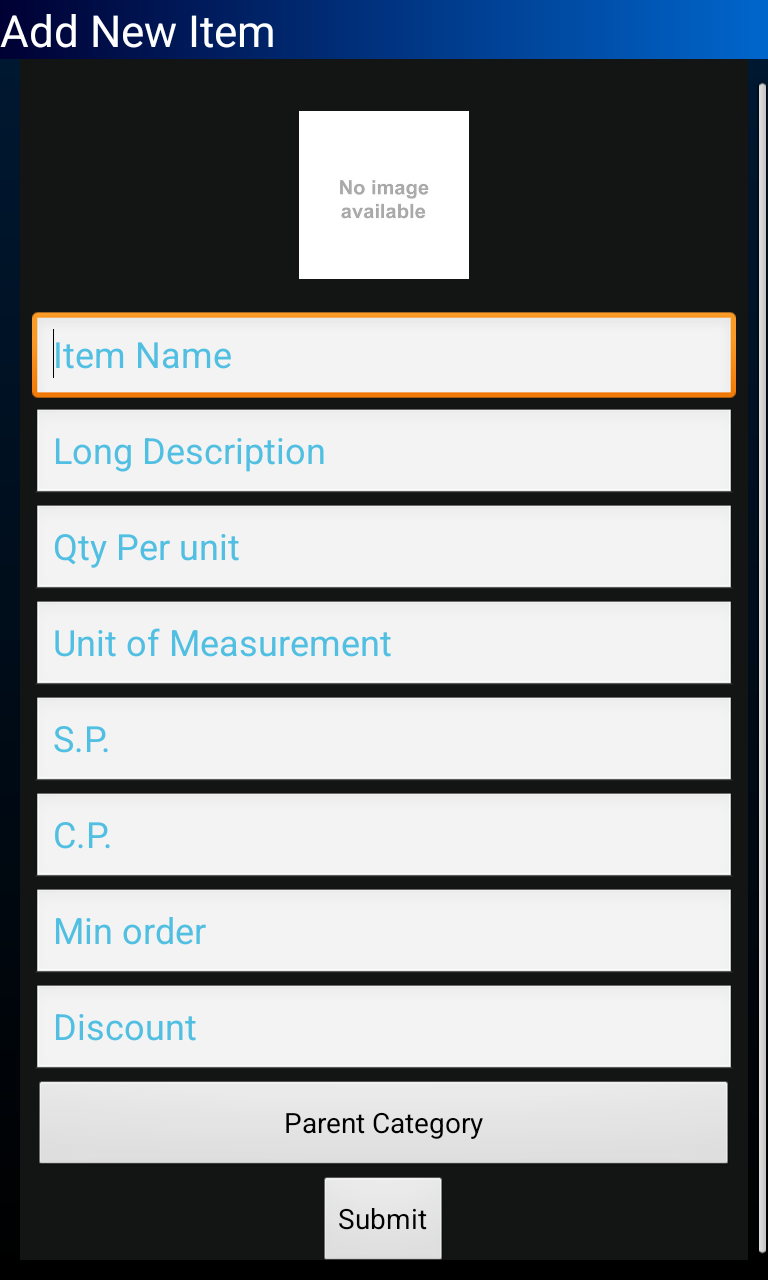
Repository: jasleen1291/B2BMobileApplication
Layout: Mobile E Commerce/B2B/res/layout/fragment_add_new_item.xml
These files come from the project's save history. The layout is drawn as it stood at one moment and after the next save; the edit follows.
It is drawn on a 768 x 1280 px phone screen (xhdpi) without system bars, with theme mycustomtheme; the app's code is not run.

Above is the layout before, as saved 2013-05-27 17:10:55.

After the next save:
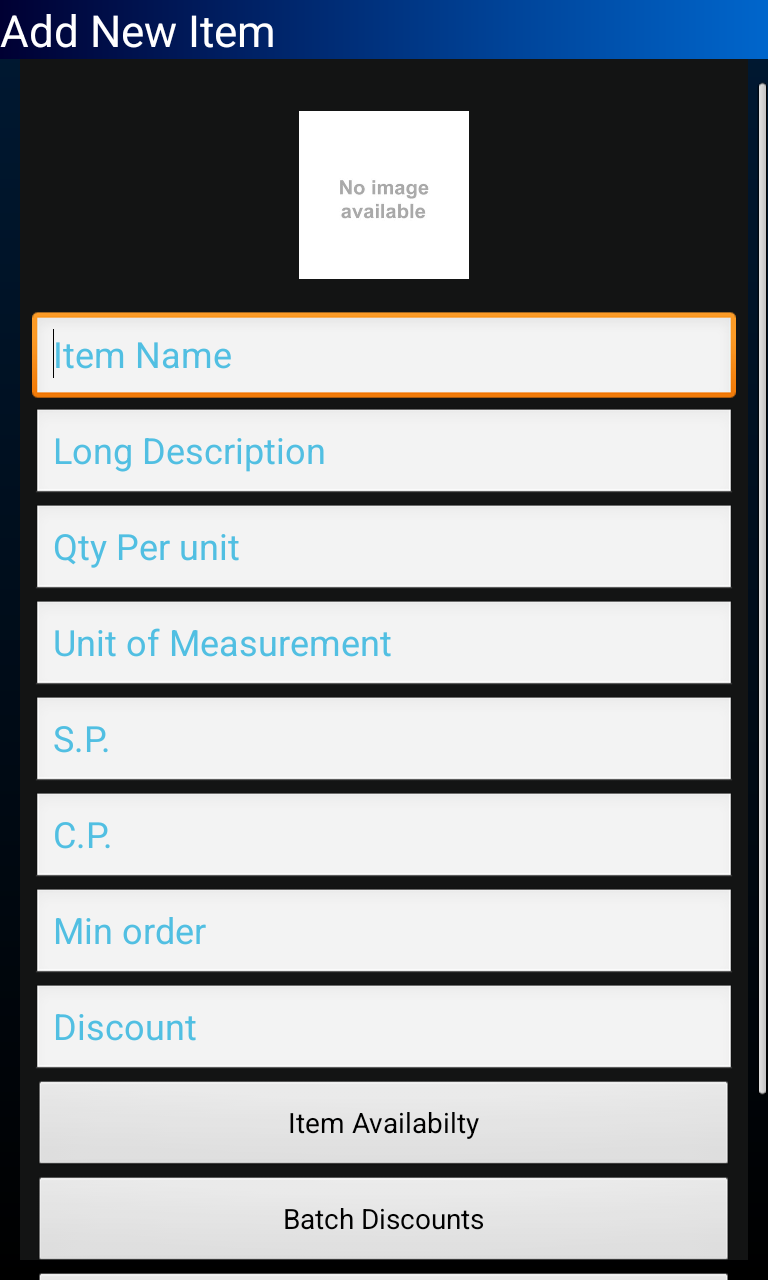
Saved 4 min 2 s later.
--- a/Mobile E Commerce/B2B/res/layout/fragment_add_new_item.xml
+++ b/Mobile E Commerce/B2B/res/layout/fragment_add_new_item.xml
@@ -98,6 +98,18 @@
         android:ems="10"
         android:hint="@string/discount" />
 
+    <Button
+        android:id="@+id/button1"
+        android:layout_width="match_parent"
+        android:layout_height="wrap_content"
+        android:text="@string/itemavailabilty" />
+
+    <Button
+        android:id="@+id/button2"
+        android:layout_width="match_parent"
+        android:layout_height="wrap_content"
+        android:text="@string/batchDiscounts" />
+
      <Button
         android:layout_width="match_parent"
         android:layout_height="wrap_content"
